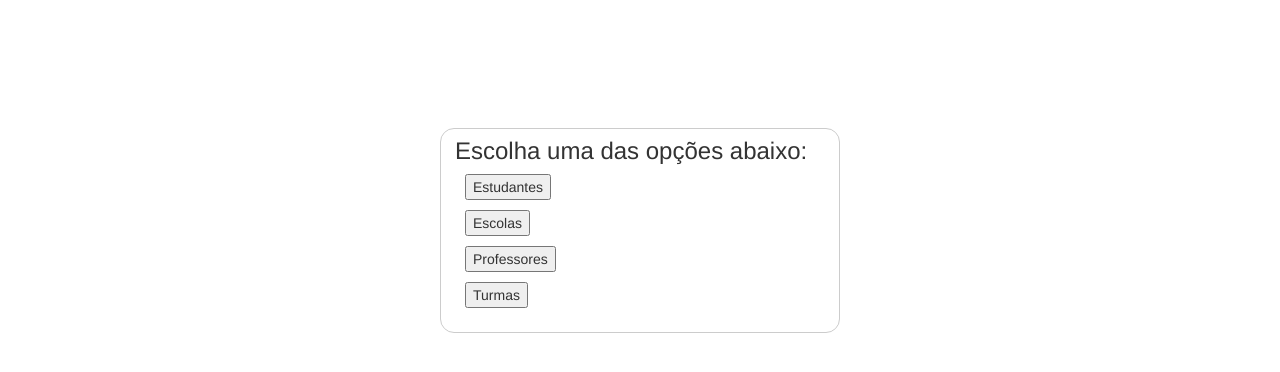
Repository: ipti/br.tag.webservice
Page: http://localhost/Restful-API-TAG/
An editor plug-in stored every save of this project. The page is shown before and after the next save, followed by the edit.
The browser window is 1280 px wide. The pictures show the whole page.
The page is served by Tomcat 9.

Above is the page before, as saved 2016-04-27 13:12:05.

After the next save:
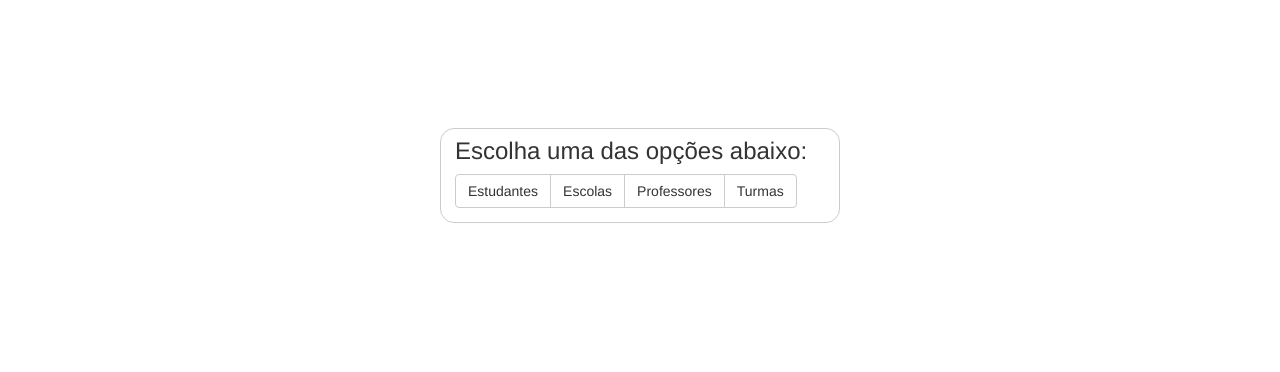
Saved 117 s later.
--- a/Restful-API-TAG/WebContent/index.jsp
+++ b/Restful-API-TAG/WebContent/index.jsp
@@ -13,17 +13,14 @@
 	<div id="mainDiv">
 		<h3 id="titleH3">Escolha uma das opções abaixo:</h3>
 
-		<div id="btnStudents">
-			<input type="submit" id="students" value="Estudantes"/>
-		</div>
-		<div id="btnSchools">
-			<input type="submit" id="schools" value="Escolas" />
-		</div>
-		<div id="btnInstructors">
-			<input type="submit" id="instructors" value="Professores" />
-		</div>
-		<div id="btnClassrooms">
-			<input type="submit" id="classrooms" value="Turmas" />
+		<div class="btn-group" role="group" aria-label="...">
+			<button type="button" class="btn btn-default">Estudantes</button>
+
+			<button type="button" class="btn btn-default">Escolas</button>
+
+			<button type="button" class="btn btn-default">Professores</button>
+
+			<button type="button" class="btn btn-default">Turmas</button>
 		</div>
 	</div>
 </body>
